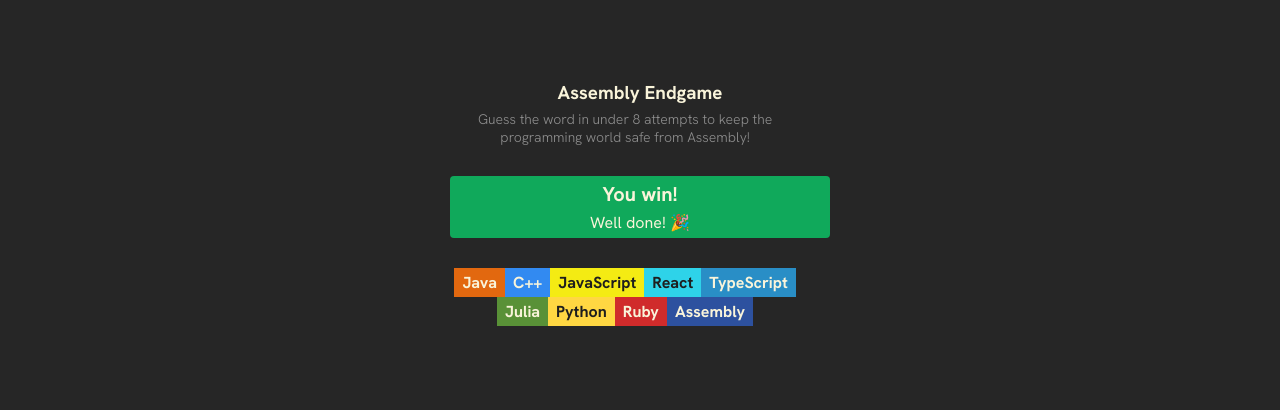
Repository: AchrafAzzaoui/AssemblyEndgame
Page: / (app in assembly-endgame/)
These files come from the project's save history. The page is drawn as it stood at one moment and after the next save; the edit follows.
The browser window is 1280 px wide. The pictures show the whole page.
The project was rebuilt for these pictures with package versions that can differ from the ones it lists, and the page was loaded fresh each time. Also part of the build but not shown: assembly-endgame/vite.config.js.

Above is the page before, as saved 2024-12-25 13:04:02.

After the next save:
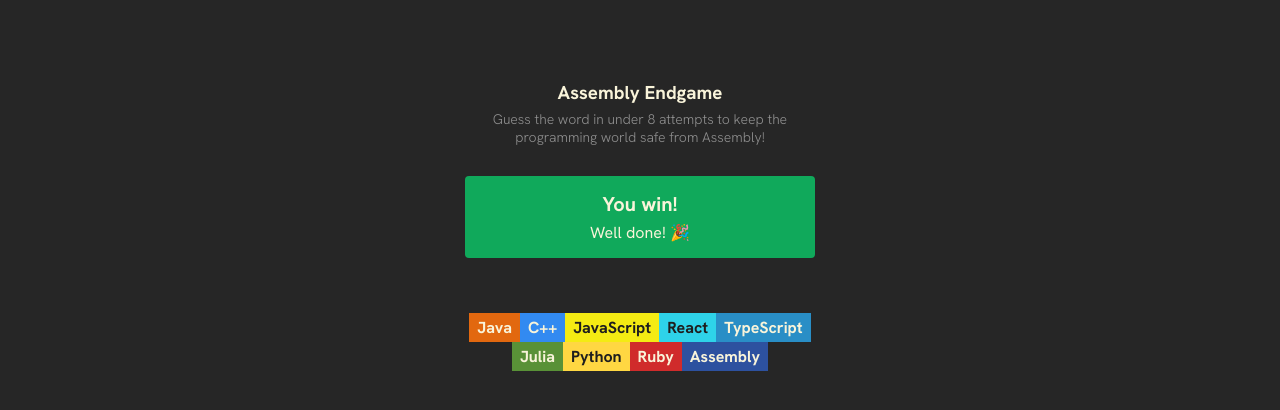
Saved 32 s later.
--- a/assembly-endgame/src/index.css
+++ b/assembly-endgame/src/index.css
@@ -34,12 +34,14 @@
 
 /* status */
 .game-status {
+  width: 100%;
+  max-width: 350px;
   background-color: #10a95b;
   color: #f9f4da;
   display: flex;
   flex-direction: column;
   align-items: center;
-  padding: 0px 140px;
+  padding: 10px 20px;
   margin: 20px 0;
   border-radius: 4px;
   margin-block: 30px;
@@ -64,3 +66,11 @@
 .language-tag {
   padding: 0.25rem 0.5rem;
 }
+
+main {
+  width: 100%;
+  max-width: 600px;
+  display: flex;
+  flex-direction: column;
+  align-items: center;
+}
